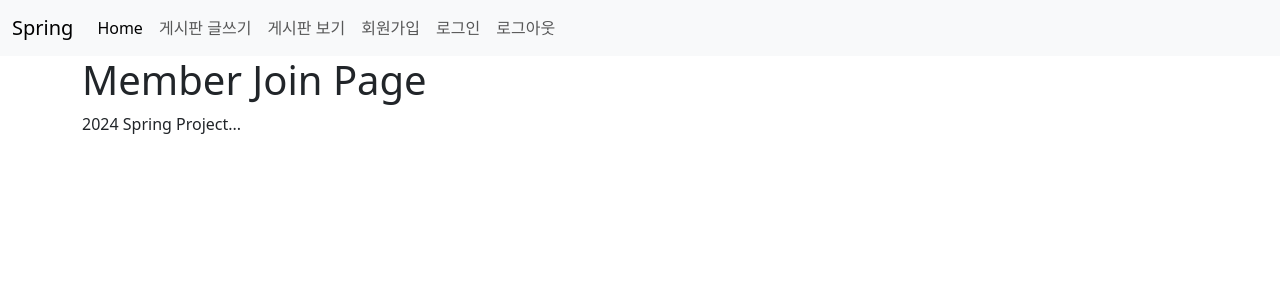
Repository: dhalfks/springTest240430
Page: http://localhost/spring_study/WEB-INF/views/member/register.jsp
These files come from the project's save history. The page is drawn as it stood at one moment and after the next save; the edit follows.
The browser window is 1280 px wide. The pictures show the whole page.
The page is served by Tomcat 9. Nobody is signed in. The template is opened directly, without the code that normally fills it, so the values that code supplies are empty.

Above is the page before, as saved 2024-04-25 05:49:10.

After the next save:
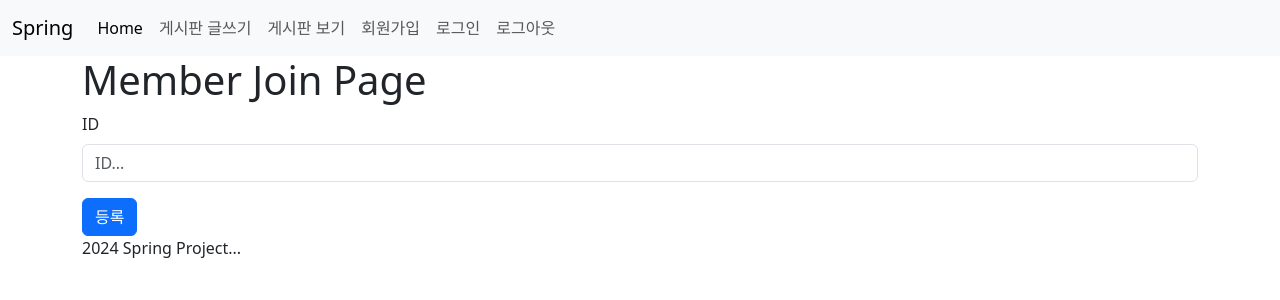
Saved 61 s later.
--- a/spring_study/src/main/webapp/WEB-INF/views/member/register.jsp
+++ b/spring_study/src/main/webapp/WEB-INF/views/member/register.jsp
@@ -4,7 +4,14 @@
 <jsp:include page="../layout/header.jsp" />
 <div class="container-md">
 <h1>Member Join Page</h1>
+<form action="" method="post">
+	<div class="mb-3">
+	  <label for="i" class="form-label">ID</label>
+	  <input type="text" class="form-control" name="id" id="i" placeholder="ID...">
+	</div>
 
+	<button type="submit" class="btn btn-primary">등록</button>
+</form>
 
 </div>
 <jsp:include page="../layout/footer.jsp" />
